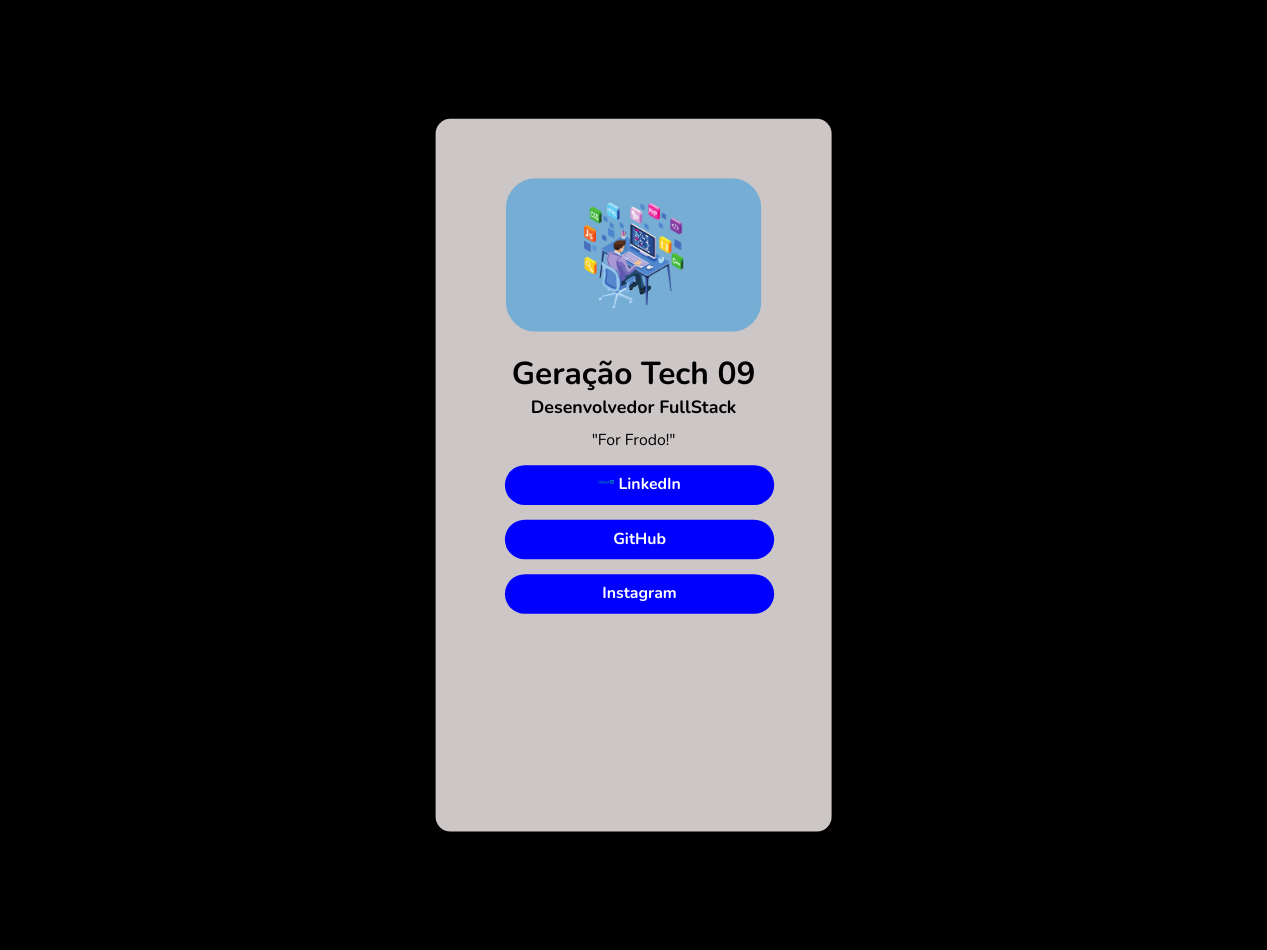
Repository: medeirosregis/linktree-gt09
Page: index.html
The author's editor kept a copy of each file at every save. The page is drawn from the files as they stood at one save, then again after the next save.
The browser window is 1280 px wide. The pictures show the whole page, at 99% of full size.

Above is the page before, as saved 2025-04-11 10:34:21.

After the next save:
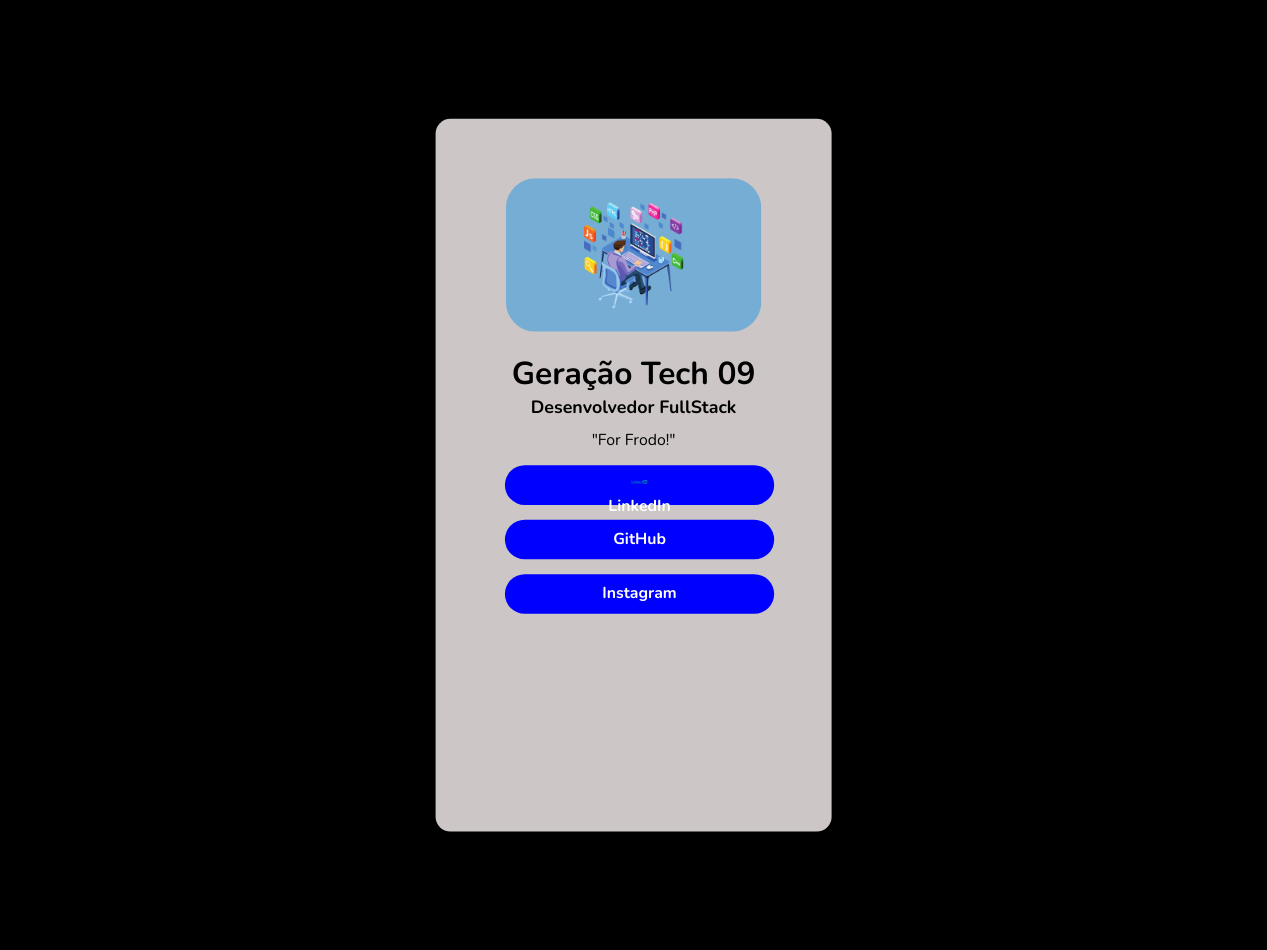
Saved 7 s later.
--- a/index.html
+++ b/index.html
@@ -28,7 +28,7 @@
                 <a href="https://www.linkedin.com/login/pt" target="_blank">
                 <li>
                     <i class="devicon-linkedin-plain-wordmark colored"></i>
-            LinkedIn</li></a>
+                    <p></p>LinkedIn</li></a>
                 <a href="https://github.com/medeirosregis" target="_blank">
                 <li>GitHub</li></a>
                 <a href="https://instagram.com/" target="_blank">
